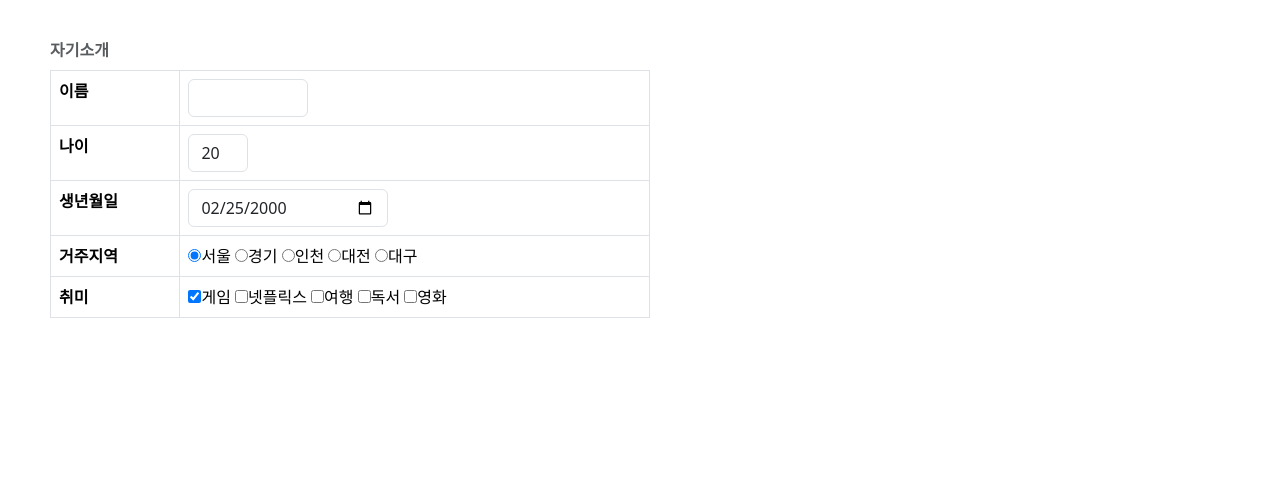
Repository: GANADAG/jspProject
Page: http://localhost/JspProject/intro/addForm.jsp
The author's editor kept a copy of each file at every save. The page is drawn from the files as they stood at one save, then again after the next save.
The browser window is 1280 px wide. The pictures show the whole page.
Some web fonts or font styles are not loaded; a fallback is used. The page is served by Tomcat 9.

Above is the page before, as saved 2024-03-06 07:31:20.

After the next save:
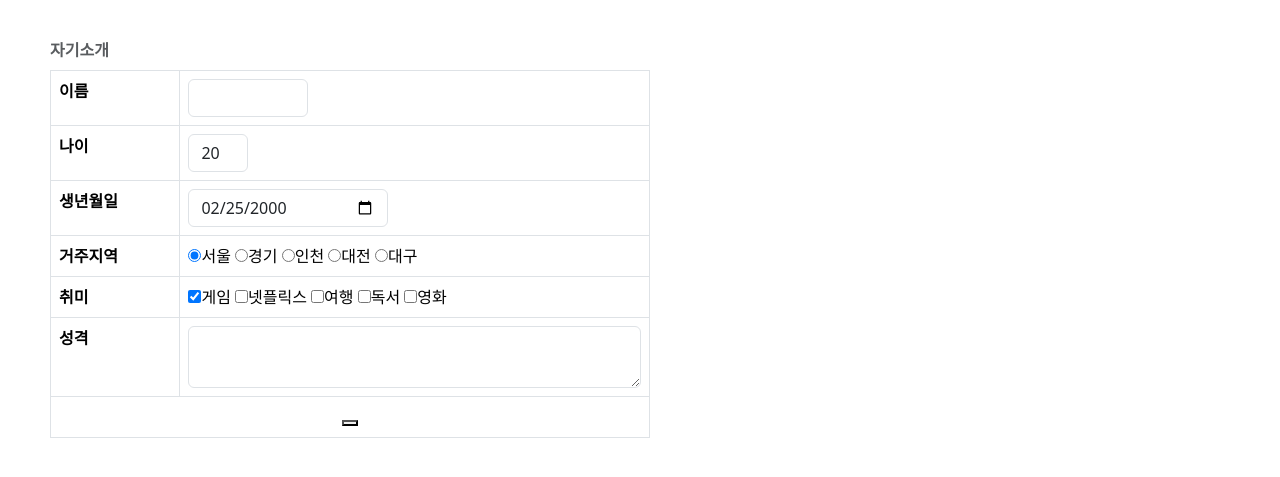
Saved 2 min 58 s later.
--- a/JspProject/src/main/webapp/intro/addForm.jsp
+++ b/JspProject/src/main/webapp/intro/addForm.jsp
@@ -59,7 +59,17 @@
 				</tr>
 
 				<tr>
+					<th>성격</th>
+					<td>
+						<textarea style="width:px; height:"100px;" palceholder="자유롭게 서술"
+						class="form-control"></textarea>
+					</td>
+				</tr>
 
+				<tr>
+					<td colspan="2" align="center">
+						<button type="submit" class="btn-btn-outline-success"></button>
+					</td>
 				</tr>
 
 			</table>
